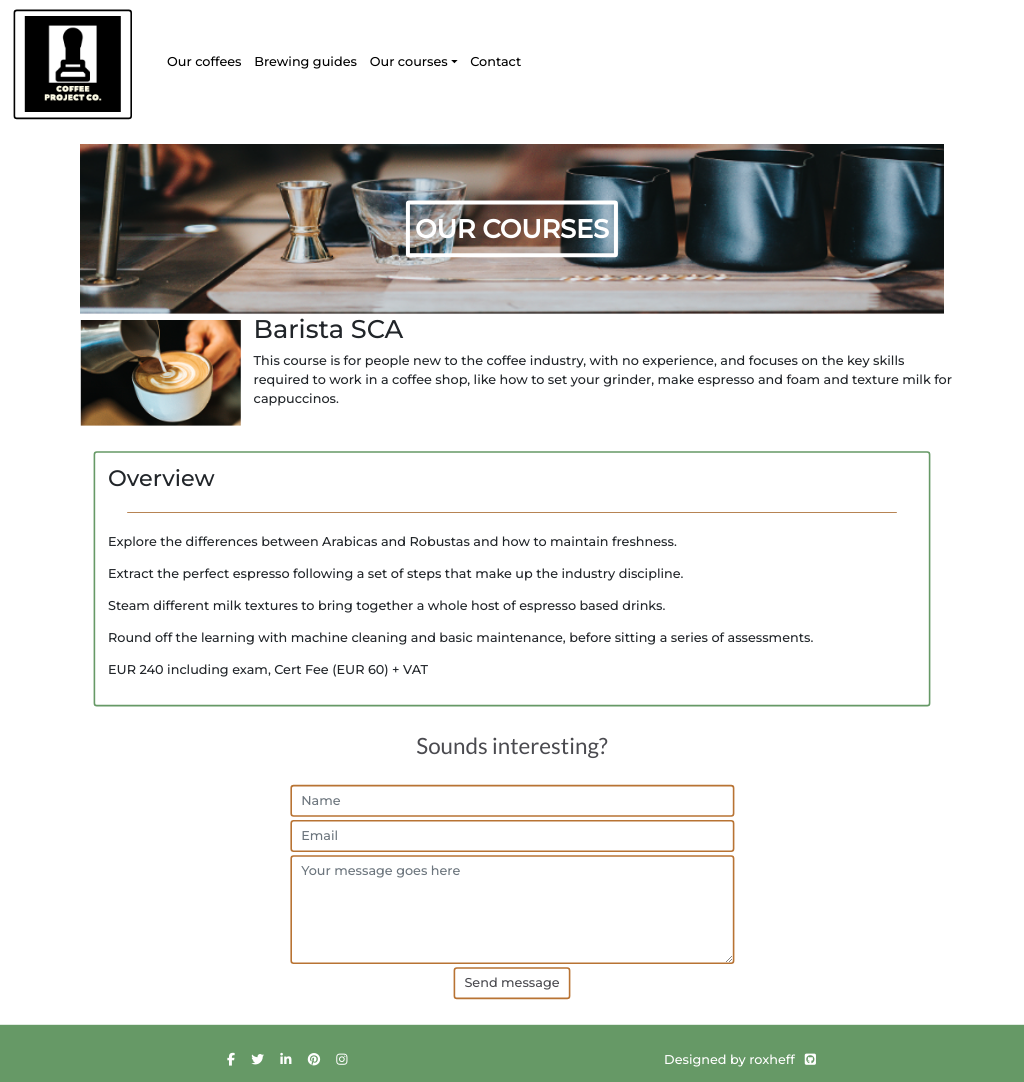
Repository: roxanahefferon/M1
Page: barista-sca.html
The author's editor kept a record of every edit. The page is drawn from the files as they stood at one moment, then again after the next edit.
The browser window is 1280 px wide. The pictures show the whole page, at 80% of full size.
Some web libraries are served in a nearby version.

Above is the page before.

### barista-sca.html
<!DOCTYPE html>
<html lang="en">

<head>
    <meta charset="UTF-8">
    <meta name="viewport" content="width=device-width, initial-scale=1.0">
    <meta http-equiv="X-UA-Compatible" content="ie=edge">
    <link rel="stylesheet" href="https://maxcdn.bootstrapcdn.com/bootstrap/4.0.0/css/bootstrap.min.css" integrity="sha384-Gn5384xqQ1aoWXA+058RXPxPg6fy4IWvTNh0E263XmFcJlSAwiGgFAW/dAiS6JXm" crossorigin="anonymous">
    <script src="https://kit.fontawesome.com/877201db70.js" crossorigin="anonymous"></script>
    <link rel="stylesheet" href="assets/css/style.css" type="text/css" />
    <title>Coffee Project Co.</title>
</head>

<body>

    <header>

        <! --- navbar --->

        <nav class="navbar navbar-expand-sm navbar-light fixed-top"> <a class="navbar-brand" href="index.html"> <img src="./assets/images/coffee-project-logo.png" width="120px" alt="bbb-logo"></a>
            <button class="navbar-toggler" type="button" data-toggle="collapse" data-target="#collapsibleNavbar">
    <span class="navbar-toggler-icon"></span>
  </button>
            <div class="collapse navbar-collapse " id="collapsibleNavbar">
                <ul class="navbar-nav">
                    <li class="nav-item">
                        <a class="nav-link" href="coffees.html">Our coffees</a>
                    </li>
                    <li class="nav-item">
                        <a class="nav-link" href="brewing.html">Brewing guides</a>
                    </li>
                    <li class="nav-item dropdown">
                        <a class="nav-link dropdown-toggle" href="#" id="navbardrop" data-toggle="dropdown">Our courses</a>
                        <div class="dropdown-menu">
                            <a class="dropdown-item" href="intro.html">Intro to coffee</a>
                            <a class="dropdown-item" href="barista-sca.html">Barista SCA</a>
                            <a class="dropdown-item" href="brewing-sca.html">Brewing SCA</a>
                        </div>
                    </li>
                    <li class="nav-item">
                        <a class="nav-link" href="contact.html">Contact</a>
                    </li>
                </ul>
            </div>
        </nav>

    </header>


    <! --- main section --->

    <div class="container main-container">
        <div class="container main-landing">
            <div class="row">
                <div class="col">
                    <img src="./assets/images/our-courses.png" alt="roasted coffee beans image" width=100% height=auto>
                    <p class="ph-landing uppercase">our courses</p>
                </div>
            </div>
        </div>
    </div>

    <! --- media object --->

    <div class="container">
        <div class="row">
            <div class="col">

                <div class="media">
                    <img src="./assets/images/barista-sca.png" alt="latte art image" class="align-self-center mx-3 mt-2" style="width:200px">
                    <div class="media-body">
                        <h2>Barista SCA</h2>
                        <p>This course is for people new to the coffee industry, with no experience, and focuses on the key skills required to work in a coffee shop, like how to set your grinder, make espresso and foam and texture milk for cappuccinos.</p>
                    </div>
                </div>
            </div>
        </div>
    </div>

    <div class="container">
        <div class="row">
            <div class="col">
                <div class="sca-content">
                    <h3>Overview</h2>
                    <hr class="section-divider">
                    <p>Explore the differences between Arabicas and Robustas and how to maintain freshness.</p>
                    <p>Extract the perfect espresso following a set of steps that make up the industry discipline.</p>
                    <p>Steam different milk textures to bring together a whole host of espresso based drinks.</p>
                    <p>Round off the learning with machine cleaning and basic maintenance, before sitting a series of assessments.</p>
                    <p>EUR 240 including exam, Cert Fee (EUR 60) + VAT</p>

                </div>
            </div>
        </div>
    </div>

    <! --- form --->

    <div class="container">
        <div class="row no-gutters">
            <div class="col-6 offset-3">
                <h3 class="text-center form-heading">Sounds interesting?</h3>
                <form>
                    <input type="text" name="name" id="fullname" class="form-control" placeholder="Name" required />
                    <input type="email" name="email" id="emailaddress" class="form-control" placeholder="Email" required />
                    <textarea rows="5" name="message" id="message" class="form-control" placeholder="Your message goes here" required></textarea>
                    <div class="form-row text-center">
                        <div class="col">
                            <button type="submit" class="btn my-button my-border">Send message</button>
                        </div>
                </form>
                </div>
            </div>
        </div>
    </div>


    <! --- footer --->

    <footer>
        <div class="footer">

            <div class="container">
                <div class="row">

                    <div class="col-6 media d-inline-flex justify-content-center">
                        <ul class="list-inline">
                            <li class="list-inline-item">
                                <a href="https://www.facebook.com/" target="_blank">
<i class="fab fa-facebook-f" aria-hidden="true"></i>
<span class="sr-only">Facebook</span>
</a>
                            </li>
                            <li class="list-inline-item">
                                <a href="https://twitter.com/" target="_blank">
<i class="fab fa-twitter" aria-hidden="true"></i>
<span class="sr-only">Twitter</span></a>
                            </li>
                            <li class="list-inline-item">
                                <a href="https://www.linkedin.com" target="_blank">
<i class="fab fa-linkedin-in" aria-hidden="true"></i>
<span class="sr-only">LinkedIn</span>
</a>
                            </li>
                            <li class="list-inline-item">
                                <a href="https://www.pinterest.com/" target="_blank">
<i class="fab fa-pinterest" aria-hidden="true"></i>
<span class="sr-only">Pinterest</span>
</a>
                            </li>
                            <li class="list-inline-item">
                                <a href="https://www.instagram.com/" target="_blank">
<i class="fab fa-instagram" aria-hidden="true"></i>
<span class="sr-only">Instagram</span>
</a>
                            </li>

                        </ul>
                    </div>
                    <div class="col-6 my-info d-inline-flex justify-content-center">
                        <p>Designed by roxheff <a href="https://github.com/roxanahefferon" target="_blank"><i class="fab fa-github-square aria-hidden="true""></i></p></a>
                    </div>
                </div>
            </div>
        </div>
        </div>
        </div>
    </footer>


    <script src="https://code.jquery.com/jquery-3.2.1.slim.min.js" integrity="sha384-KJ3o2DKtIkvYIK3UENzmM7KCkRr/rE9/Qpg6aAZGJwFDMVNA/GpGFF93hXpG5KkN" crossorigin="anonymous"></script>
    <script src="https://cdnjs.cloudflare.com/ajax/libs/popper.js/1.12.9/umd/popper.min.js" integrity="sha384-ApNbgh9B+Y1QKtv3Rn7W3mgPxhU9K/ScQsAP7hUibX39j7fakFPskvXusvfa0b4Q" crossorigin="anonymous"></script>
    <script src="https://maxcdn.bootstrapcdn.com/bootstrap/4.0.0/js/bootstrap.min.js" integrity="sha384-JZR6Spejh4U02d8jOt6vLEHfe/JQGiRRSQQxSfFWpi1MquVdAyjUar5+76PVCmYl" crossorigin="anonymous"></script>
</body>

</html>

### assets/css/style.css
@import url('https://fonts.googleapis.com/css?family=Lato|Montserrat:500&display=swap');

body {
    margin: 0;
    padding: 0;
    font-family: "Montserrat", sans-serif;
}

/* --- all pages --- */

.main-container {
    margin-top: 180px;
}

.section-divider {
    background-color: #b87333;
    margin: 1.5rem;
}

.uppercase {
    text-transform: uppercase;
}

/* --- buttons --- */

.my-button {
    background-color: #ffffff;
    color: #4a4a4f;
}

.my-button:hover {
    background-color: #b87333;
    color: #ffffff;
}

.my-border {
    border: 2px solid #b87333;
}

/* --- headers --- */

.headers-landing {
    position: relative;
    text-align: center;
}

.ph-landing {
    position: absolute;
    top: 50%;
    left: 50%;
    transform: translate(-50%, -50%);
    border: 5px solid;
    border-radius: 0.25rem;
    padding: 0.4rem;
    color: #ffffff;
    text-transform: uppercase;
    font-weight: bold;
    font-size: 1rem;
}

/* --- all forms --- */

.form-heading {
    color: #4a4a4f;
    font-family: "Lato", sans-serif;
    font-weight: lighter;
    margin-bottom: 2rem;
}

input[type=text],
input[type=email],
.form-control {
    color: #495057;
    border: 2px solid #b87333;
    border-radius: 0.25rem;
    width: 100%;
    margin-bottom: 0.25rem;
}

/* --- navbar --- */

.navbar-brand {
    margin-left: 0.05rem;
    margin-top: 0.25rem;
    border: solid 2px;
    border-color: #000000;
    border-radius: 0.25rem;
    padding: .40rem .75rem;
}

.navbar-light {
    background-color: #ffffff;
}

.navbar fixed-top {
    position: fixed !important;
}

.navbar-brand:hover {
    border-color: #b87333;
}

.navbar .navbar-toggler {
    border: solid 2px;
    border-color: #000000;
}

.navbar .navbar-toggler:hover {
    border-color: #b87333;
}

.dropdown a {
    font-weight: 500;
}

.navbar-nav a {
    font-weight: 500;
}

.dropdown-menu {
    border: solid 2px;
    color: #669966;
}

.dropdown-menu:hover {
    color: #b87333;
}

.navbar-collapse {
    margin-left: 20px;
}

.nav-item a {
    color: #000000;
}

.navbar-light .navbar-nav .nav-link {
    color: #000000;
}

.bgblack {
    background-color: #000000;
    padding: 0;
}

/* --- jumbotron hero image --- */

.jumbotron {
    background-image: url("https://i.imgur.com/ysdDc1S.png");
    background-position: center;
    background-repeat: no-repeat;
    background-size: cover;
    position: relative;
    margin-bottom: 0.5rem;
}

.jumbotron h1,
.jumbotron p {
    color: #fafafa;
    text-align: center;
}

.badge-light {
    background-color: #b87333;
    border: none;
    color: #ffffff;
    font-weight: lighter;
    margin-left: 0.25rem;
}

.badge-light:hover {
    background-color: #4a4a4f;
    border: none;
    color: #000000;
    font-weight: inherit;
    font-size: 1rem;
}

.quote-landing {
    color: #b87333;
    text-align: center;
    font-family: "Lora", sans-serif;
    font-weight: 500;
    font-size: 1.2rem;
    margin-top: 1rem;
    padding: 5px;
    border: 2px solid;
    border-color: #b87333;
    border-radius: 0.3rem;
}

.quote {
    margin-top: 1rem;
    margin-bottom: 1rem;
}

/* --- about us --- */

.about {
    color: #fafafa;
    font-weight: lighter;
    margin-bottom: 0.5rem;
    padding: 0.5rem 0;
    border-radius: 0.25rem;
}

.about p {
    margin: 1rem;
    text-align: center;
}

/* --- our-coffees-landing --- */

.our-coffees-landing {
    margin-top: 2rem;
}

.our-coffees-img {
    padding: 0;
}

/* --- landing cards ---*/

.cards-beans {
    margin-top: 2rem;
    padding-bottom: 2rem;
}

.card-deck {
    margin: auto;
    padding: 0;
}

.card-header {
    background-color: #ffffff;
    color: #b87333;
    text-align: center;
}

.card-body {
    background-color: #ffffff;
}

.card-text {
    color: #4a4a4f;
}



/* --- landing sca courses --- */

.sca-section {
    margin-top: 20px;
}

.sca-img {
    padding: 0;
    border: 2px solid;
    border-radius: 0.25rem;
}

/* --- brewing.html --- */

.brew-cards {
    background-color: #ffffff;
    border: 2px solid #b87333;
    border-radius: 0.25rem;
}

.brew-cards:hover {
    background-color: #ffffff;
    border: 2px solid #669966;
}

.brew-cards a {
    color: #000000;
    text-decoration: none;
    background-color: #ffffff;
}

.brew-cards a:hover {
    font-size: 20px;
    font-weight: bold;
    color: #669966;
}

/* --- intro.html --- */

.sca-content {
    margin: 2rem;
    border: 2px solid #669966;
    border-radius: 0.25rem;
    padding: 1rem;
}





/* --- footer --- */

.footer {
    background-color: #669966;
    color: #ffffff;
    font-size: 0.5rem;
    font-family: "Montserrat", sans-serif;
    margin-top: 2rem;
    padding-top: 2rem;
}

.fab {
    color: #ffffff;
    font-size: 10px;
    padding-left: 0.5rem;
}

.fab:hover {
    font-size: x-large;
}

/* --- brewing guides (all .htmls) --- */

.brewing-container {
    padding: 1rem;
    background-color: #669966;
    border: 1px solid #669966;
    border-radius: 0.25rem;
}

.brewing-container h2 {
    font-family: "Lato", sans-serif;
}

.brewing-download {
    padding-top: 0.5rem;
    font-weight: bold;
    text-align: center;
}

.brewing-download a {
    text-decoration: none;
    color: #b87333;
}

/* --- media queries --- */

@media (min-width: 768px) {
    .quote-landing {
        font-size: 2.5rem;
    }
}

@media (min-width: 768px) {
    .our-coffee-img {
        height: 180px;
    }
    .footer {
        font-size: 1rem;
    }
    .fab {
        font-size: 16px;
    }
    .ph-landing {
        font-size: 2rem;
    }
}

After the next edit:
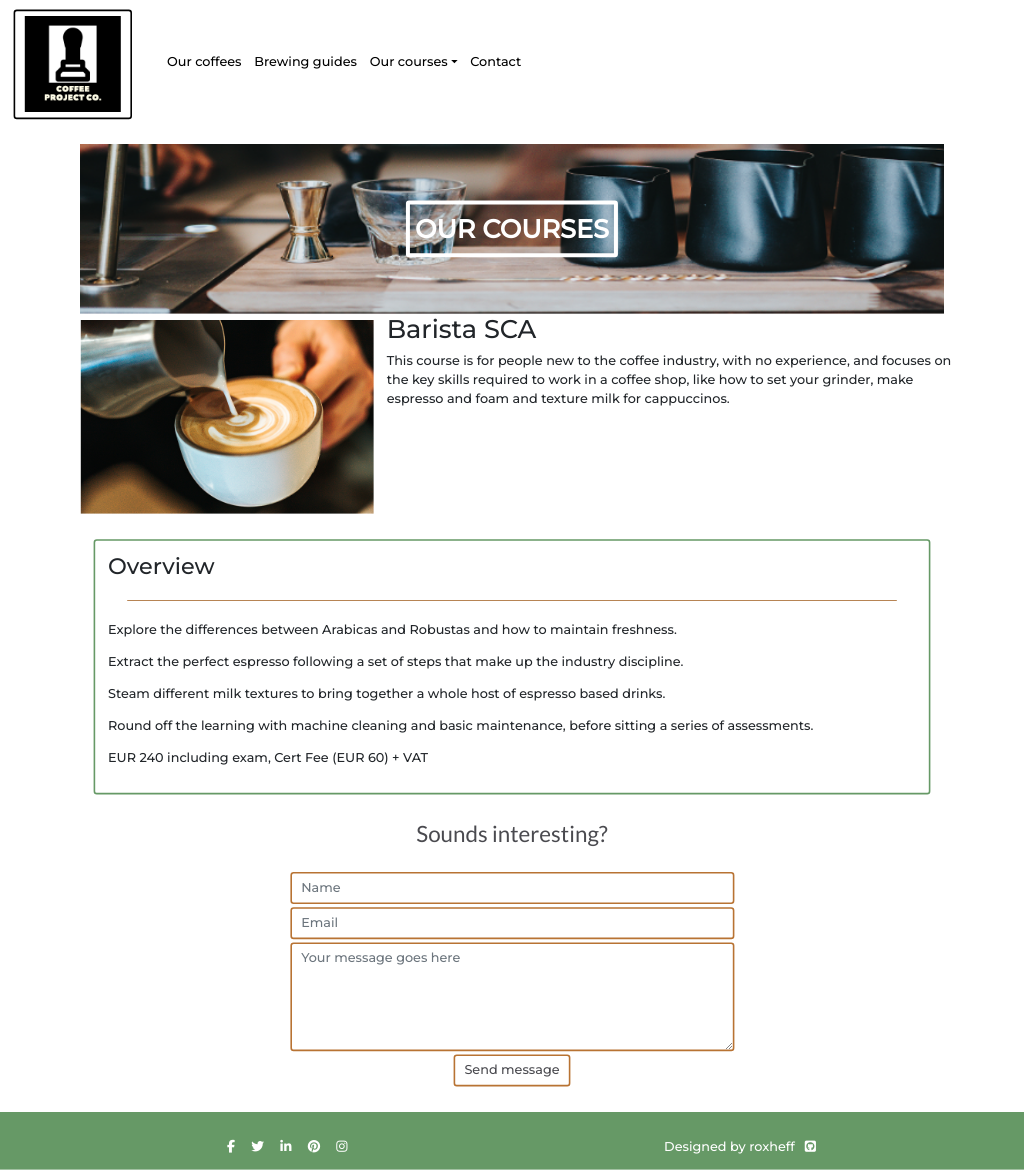
The edit:
--- a/barista-sca.html
+++ b/barista-sca.html
@@ -67,7 +67,7 @@
             <div class="col">
 
                 <div class="media">
-                    <img src="./assets/images/barista-sca.png" alt="latte art image" class="align-self-center mx-3 mt-2" style="width:200px">
+                    <img src="./assets/images/barista-sca.png" alt="latte art image" class="align-self-center mx-3 mt-2" style="width:33%">
                     <div class="media-body">
                         <h2>Barista SCA</h2>
                         <p>This course is for people new to the coffee industry, with no experience, and focuses on the key skills required to work in a coffee shop, like how to set your grinder, make espresso and foam and texture milk for cappuccinos.</p>
